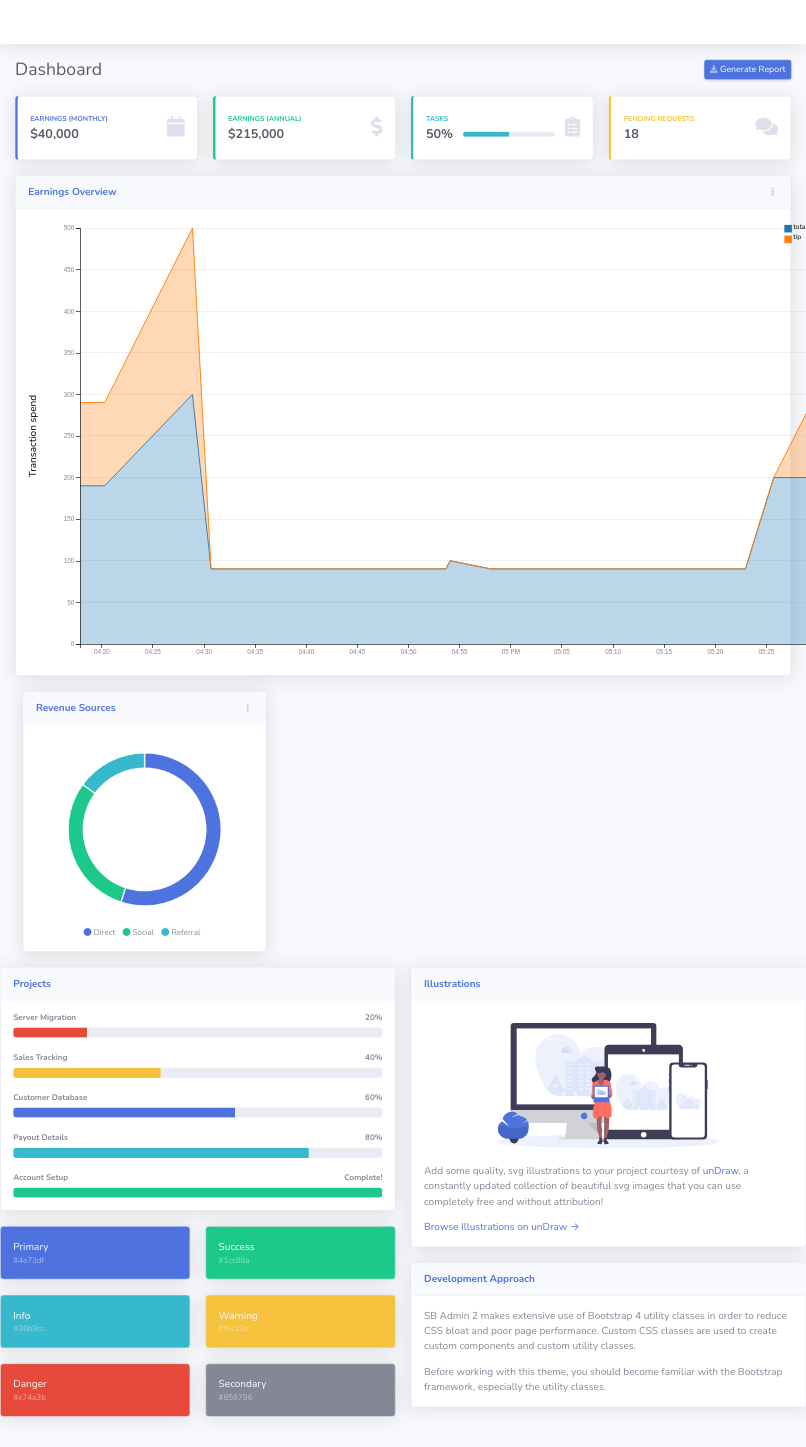
Repository: fLavery/NodeDashboard
Page: index.html
The author's editor kept a record of every edit. The page is drawn from the files as they stood at one moment, then again after the next edit.
The browser window is 1280 px wide. The pictures show the whole page, at 63% of full size.

Above is the page before.
Console error: TypeError: chart.width is not a function

### index.html
<!DOCTYPE html>
<html lang="en">

<head>

  <meta charset="utf-8">
  <meta http-equiv="X-UA-Compatible" content="IE=edge">
  <meta name="viewport" content="width=device-width, initial-scale=1, shrink-to-fit=no">
  <meta name="description" content="">
  <meta name="author" content="">

  <title>Chainlink Node Dashboard</title>

  <!-- Custom fonts for this template-->
  <link href="vendor/fontawesome-free/css/all.min.css" rel="stylesheet" type="text/css">
  <link href="https://fonts.googleapis.com/css?family=Nunito:200,200i,300,300i,400,400i,600,600i,700,700i,800,800i,900,900i" rel="stylesheet">

  <!-- Custom styles for this template-->
  <link href="css/sb-admin-2.min.css" rel="stylesheet">
  <link rel="stylesheet" href="dc.css" type="text/css" />


</head>

<body id="page-top">

  <!-- Page Wrapper -->
  <div id="wrapper">

    <!-- Sidebar -->

      <!-- Sidebar - Brand -->

      <!-- Divider -->

    <!-- End of Sidebar -->

    <!-- Content Wrapper -->
    <div id="content-wrapper" class="d-flex flex-column">

      <!-- Main Content -->
      <div id="content">

        <!-- Topbar -->
        <nav class="navbar navbar-expand navbar-light bg-white topbar mb-4 static-top shadow">

          <!-- Sidebar Toggle (Topbar) -->
          <button id="sidebarToggleTop" class="btn btn-link d-md-none rounded-circle mr-3">
            <i class="fa fa-bars"></i>
          </button>

          <!-- Topbar Search -->

          <!-- Topbar Navbar -->
          <ul class="navbar-nav ml-auto">

            <!-- Nav Item - Search Dropdown (Visible Only XS) -->

            <!-- Nav Item - Alerts -->


            <!-- Nav Item - Messages -->

            <!-- Nav Item - User Information -->


        </nav>
        <!-- End of Topbar -->

        <!-- Begin Page Content -->
        <div class="container-fluid">

          <!-- Page Heading -->
          <div class="d-sm-flex align-items-center justify-content-between mb-4">
            <h1 class="h3 mb-0 text-gray-800">Dashboard</h1>
            <a href="#" class="d-none d-sm-inline-block btn btn-sm btn-primary shadow-sm"><i class="fas fa-download fa-sm text-white-50"></i> Generate Report</a>
          </div>

          <!-- Content Row -->
          <div class="row">

            <!-- Earnings (Monthly) Card Example -->
            <div class="col-xl-3 col-md-6 mb-4">
              <div class="card border-left-primary shadow h-100 py-2">
                <div class="card-body">
                  <div class="row no-gutters align-items-center">
                    <div class="col mr-2">
                      <div class="text-xs font-weight-bold text-primary text-uppercase mb-1">Earnings (Monthly)</div>
                      <div class="h5 mb-0 font-weight-bold text-gray-800">$40,000</div>
                    </div>
                    <div class="col-auto">
                      <i class="fas fa-calendar fa-2x text-gray-300"></i>
                    </div>
                  </div>
                </div>
              </div>
            </div>

            <!-- Earnings (Monthly) Card Example -->
            <div class="col-xl-3 col-md-6 mb-4">
              <div class="card border-left-success shadow h-100 py-2">
                <div class="card-body">
                  <div class="row no-gutters align-items-center">
                    <div class="col mr-2">
                      <div class="text-xs font-weight-bold text-success text-uppercase mb-1">Earnings (Annual)</div>
                      <div class="h5 mb-0 font-weight-bold text-gray-800">$215,000</div>
                    </div>
                    <div class="col-auto">
                      <i class="fas fa-dollar-sign fa-2x text-gray-300"></i>
                    </div>
                  </div>
                </div>
              </div>
            </div>

            <!-- Earnings (Monthly) Card Example -->
            <div class="col-xl-3 col-md-6 mb-4">
              <div class="card border-left-info shadow h-100 py-2">
                <div class="card-body">
                  <div class="row no-gutters align-items-center">
                    <div class="col mr-2">
                      <div class="text-xs font-weight-bold text-info text-uppercase mb-1">Tasks</div>
                      <div class="row no-gutters align-items-center">
                        <div class="col-auto">
                          <div class="h5 mb-0 mr-3 font-weight-bold text-gray-800">50%</div>
                        </div>
                        <div class="col">
                          <div class="progress progress-sm mr-2">
                            <div class="progress-bar bg-info" role="progressbar" style="width: 50%" aria-valuenow="50" aria-valuemin="0" aria-valuemax="100"></div>
                          </div>
                        </div>
                      </div>
                    </div>
                    <div class="col-auto">
                      <i class="fas fa-clipboard-list fa-2x text-gray-300"></i>
                    </div>
                  </div>
                </div>
              </div>
            </div>

            <!-- Pending Requests Card Example -->
            <div class="col-xl-3 col-md-6 mb-4">
              <div class="card border-left-warning shadow h-100 py-2">
                <div class="card-body">
                  <div class="row no-gutters align-items-center">
                    <div class="col mr-2">
                      <div class="text-xs font-weight-bold text-warning text-uppercase mb-1">Pending Requests</div>
                      <div class="h5 mb-0 font-weight-bold text-gray-800">18</div>
                    </div>
                    <div class="col-auto">
                      <i class="fas fa-comments fa-2x text-gray-300"></i>
                    </div>
                  </div>
                </div>
              </div>
            </div>
          </div>

          <!-- Content Row -->

          <div class="row">

            <!-- Area Chart -->
            <div class="col-xl-12 col-lg-7">
              <div class="card shadow mb-4">
                <!-- Card Header - Dropdown -->
                <div class="card-header py-3 d-flex flex-row align-items-center justify-content-between">
                  <h6 class="m-0 font-weight-bold text-primary">Earnings Overview</h6>
                  <div class="dropdown no-arrow">
                    <a class="dropdown-toggle" href="#" role="button" id="dropdownMenuLink" data-toggle="dropdown" aria-haspopup="true" aria-expanded="false">
                      <i class="fas fa-ellipsis-v fa-sm fa-fw text-gray-400"></i>
                    </a>
                    <div class="dropdown-menu dropdown-menu-right shadow animated--fade-in" aria-labelledby="dropdownMenuLink">
                      <div class="dropdown-header">Dropdown Header:</div>
                      <a class="dropdown-item" href="#">Action</a>
                      <a class="dropdown-item" href="#">Another action</a>
                      <div class="dropdown-divider"></div>
                      <a class="dropdown-item" href="#">Something else here</a>
                    </div>
                  </div>
                </div>
                <!-- Card Body -->
                <div class="card-body">
                  <div id="chart"></div>
  <script type="text/javascript" src="d3.js"></script>
  <script type="text/javascript" src="crossfilter.js"></script>
  <script type="text/javascript" src="dc.js"></script>
  <script type="text/javascript" src="dc-resizing.js"></script>

  <script type="text/javascript">

  function print_filter(filter) {
    var f=eval(filter);
    if (typeof(f.length) != "undefined") {}else{}
    if (typeof(f.top) != "undefined") {f=f.top(Infinity);}else{}
    if (typeof(f.dimension) != "undefined") {f=f.dimension(function(d) { return "";}).top(Infinity);}else{}
    console.log(filter+"("+f.length+") = "+JSON.stringify(f).replace("[","[\n\t").replace(/}\,/g,"},\n\t").replace("]","\n]"));
  }

  var data = [
  {date: "2011-11-14T16:17:54Z", quantity: 2, total: 190, tip: 100, type: "tab"},
  {date: "2011-11-14T16:20:19Z", quantity: 2, total: 190, tip: 100, type: "tab"},
  {date: "2011-11-14T16:28:54Z", quantity: 1, total: 300, tip: 200, type: "visa"},
  {date: "2011-11-14T16:30:43Z", quantity: 2, total: 90, tip: 0, type: "tab"},
  {date: "2011-11-14T16:48:46Z", quantity: 2, total: 90, tip: 0, type: "tab"},
  {date: "2011-11-14T16:53:41Z", quantity: 2, total: 90, tip: 0, type: "tab"},
  {date: "2011-11-14T16:54:06Z", quantity: 1, total: 100, tip: 0, type: "cash"},
  {date: "2011-11-14T16:58:03Z", quantity: 2, total: 90, tip: 0, type: "tab"},
  {date: "2011-11-14T17:07:21Z", quantity: 2, total: 90, tip: 0, type: "tab"},
  {date: "2011-11-14T17:22:59Z", quantity: 2, total: 90, tip: 0, type: "tab"},
  {date: "2011-11-14T17:25:45Z", quantity: 2, total: 200, tip: 0, type: "cash"},
  {date: "2011-11-14T17:29:52Z", quantity: 1, total: 200, tip: 100, type: "visa"}
];

data.forEach(function(d){
  var tempDate = new Date(d.date);
  d.date = tempDate;
})

var facts = crossfilter(data);
var typeDimension = facts.dimension(function(d){ return d.type; });
var typeGroup = typeDimension.group().reduceSum(function(d){ return d.total; });

var totalDimension = facts.dimension(function(d){ return d.total; });
var totalGroup = totalDimension.group(function(d){ return Math.floor(d/100)*100; });

var dateDimension = facts.dimension(function(d){ return d.date; });
var dateGroup = dateDimension.group().reduceSum(function(d){ return d.total; });
var dateGroupTip = dateDimension.group().reduceSum(function(d){ return d.tip; });

var minDate = dateDimension.bottom(1)[0].date;
var maxDate = dateDimension.top(1)[0].date;

var lineChart = dc.lineChart("#chart")
    .width(window.innerWidth-20)
    .height(window.innerHeight-20)
    .elasticX(true)
    .margins({top:10,bottom:30,right:10,left:70})
    .dimension(dateDimension)
    .group(dateGroup,"total spend")
    .stack(dateGroupTip,"tip")
    .yAxisLabel("Transaction spend")
    .renderHorizontalGridLines(true)
    .renderArea(true)
    .legend(dc.legend().x(1200).y(5).itemHeight(12).gap(5))
    .x(d3.scaleTime().domain([minDate,maxDate]))
    // .centerBar(true)
    //.xUnits(dc.units.fp.precision(100));
    // .barPadding(0.2)
    // .outerPadding(0)
    .render();
    lineChart.yAxis().ticks(5);
    lineChart.xAxis().ticks(4);


    apply_resizing(chart, 20);


dc.renderAll();

  // console.log(data);
   console.log(dateDimension.top(1)[0].date);
  //print_filter('dateDimension.bottom(3)');



  </script>

                  </div>
                </div>
              </div>
            </div>

            <!-- Pie Chart -->
            <div class="col-xl-4 col-lg-5">
              <div class="card shadow mb-4">
                <!-- Card Header - Dropdown -->
                <div class="card-header py-3 d-flex flex-row align-items-center justify-content-between">
                  <h6 class="m-0 font-weight-bold text-primary">Revenue Sources</h6>
                  <div class="dropdown no-arrow">
                    <a class="dropdown-toggle" href="#" role="button" id="dropdownMenuLink" data-toggle="dropdown" aria-haspopup="true" aria-expanded="false">
                      <i class="fas fa-ellipsis-v fa-sm fa-fw text-gray-400"></i>
                    </a>
                    <div class="dropdown-menu dropdown-menu-right shadow animated--fade-in" aria-labelledby="dropdownMenuLink">
                      <div class="dropdown-header">Dropdown Header:</div>
                      <a class="dropdown-item" href="#">Action</a>
                      <a class="dropdown-item" href="#">Another action</a>
                      <div class="dropdown-divider"></div>
                      <a class="dropdown-item" href="#">Something else here</a>
                    </div>
                  </div>
                </div>
                <!-- Card Body -->
                <div class="card-body">
                  <div class="chart-pie pt-4 pb-2">
                    <canvas id="myPieChart"></canvas>
                  </div>
                  <div class="mt-4 text-center small">
                    <span class="mr-2">
                      <i class="fas fa-circle text-primary"></i> Direct
                    </span>
                    <span class="mr-2">
                      <i class="fas fa-circle text-success"></i> Social
                    </span>
                    <span class="mr-2">
                      <i class="fas fa-circle text-info"></i> Referral
                    </span>
                  </div>
                </div>
              </div>
            </div>
          </div>

          <!-- Content Row -->
          <div class="row">

            <!-- Content Column -->
            <div class="col-lg-6 mb-4">

              <!-- Project Card Example -->
              <div class="card shadow mb-4">
                <div class="card-header py-3">
                  <h6 class="m-0 font-weight-bold text-primary">Projects</h6>
                </div>
                <div class="card-body">
                  <h4 class="small font-weight-bold">Server Migration <span class="float-right">20%</span></h4>
                  <div class="progress mb-4">
                    <div class="progress-bar bg-danger" role="progressbar" style="width: 20%" aria-valuenow="20" aria-valuemin="0" aria-valuemax="100"></div>
                  </div>
                  <h4 class="small font-weight-bold">Sales Tracking <span class="float-right">40%</span></h4>
                  <div class="progress mb-4">
                    <div class="progress-bar bg-warning" role="progressbar" style="width: 40%" aria-valuenow="40" aria-valuemin="0" aria-valuemax="100"></div>
                  </div>
                  <h4 class="small font-weight-bold">Customer Database <span class="float-right">60%</span></h4>
                  <div class="progress mb-4">
                    <div class="progress-bar" role="progressbar" style="width: 60%" aria-valuenow="60" aria-valuemin="0" aria-valuemax="100"></div>
                  </div>
                  <h4 class="small font-weight-bold">Payout Details <span class="float-right">80%</span></h4>
                  <div class="progress mb-4">
                    <div class="progress-bar bg-info" role="progressbar" style="width: 80%" aria-valuenow="80" aria-valuemin="0" aria-valuemax="100"></div>
                  </div>
                  <h4 class="small font-weight-bold">Account Setup <span class="float-right">Complete!</span></h4>
                  <div class="progress">
                    <div class="progress-bar bg-success" role="progressbar" style="width: 100%" aria-valuenow="100" aria-valuemin="0" aria-valuemax="100"></div>
                  </div>
                </div>
              </div>

              <!-- Color System -->
              <div class="row">
                <div class="col-lg-6 mb-4">
                  <div class="card bg-primary text-white shadow">
                    <div class="card-body">
                      Primary
                      <div class="text-white-50 small">#4e73df</div>
                    </div>
                  </div>
                </div>
                <div class="col-lg-6 mb-4">
                  <div class="card bg-success text-white shadow">
                    <div class="card-body">
                      Success
                      <div class="text-white-50 small">#1cc88a</div>
                    </div>
                  </div>
                </div>
                <div class="col-lg-6 mb-4">
                  <div class="card bg-info text-white shadow">
                    <div class="card-body">
                      Info
                      <div class="text-white-50 small">#36b9cc</div>
                    </div>
                  </div>
                </div>
                <div class="col-lg-6 mb-4">
                  <div class="card bg-warning text-white shadow">
                    <div class="card-body">
                      Warning
                      <div class="text-white-50 small">#f6c23e</div>
                    </div>
                  </div>
                </div>
                <div class="col-lg-6 mb-4">
                  <div class="card bg-danger text-white shadow">
                    <div class="card-body">
                      Danger
                      <div class="text-white-50 small">#e74a3b</div>
                    </div>
                  </div>
                </div>
                <div class="col-lg-6 mb-4">
                  <div class="card bg-secondary text-white shadow">
                    <div class="card-body">
                      Secondary
                      <div class="text-white-50 small">#858796</div>
                    </div>
                  </div>
                </div>
              </div>

            </div>

            <div class="col-lg-6 mb-4">

              <!-- Illustrations -->
              <div class="card shadow mb-4">
                <div class="card-header py-3">
                  <h6 class="m-0 font-weight-bold text-primary">Illustrations</h6>
                </div>
                <div class="card-body">
                  <div class="text-center">
                    <img class="img-fluid px-3 px-sm-4 mt-3 mb-4" style="width: 25rem;" src="img/undraw_posting_photo.svg" alt="">
                  </div>
                  <p>Add some quality, svg illustrations to your project courtesy of <a target="_blank" rel="nofollow" href="https://undraw.co/">unDraw</a>, a constantly updated collection of beautiful svg images that you can use completely free and without
                    attribution!
                  </p>
                  <a target="_blank" rel="nofollow" href="https://undraw.co/">Browse Illustrations on unDraw &rarr;</a>
                </div>
              </div>

              <!-- Approach -->
              <div class="card shadow mb-4">
                <div class="card-header py-3">
                  <h6 class="m-0 font-weight-bold text-primary">Development Approach</h6>
                </div>
                <div class="card-body">
                  <p>SB Admin 2 makes extensive use of Bootstrap 4 utility classes in order to reduce CSS bloat and poor page performance. Custom CSS classes are used to create custom components and custom utility classes.</p>
                  <p class="mb-0">Before working with this theme, you should become familiar with the Bootstrap framework, especially the utility classes.</p>
                </div>
              </div>

            </div>
          </div>

        </div>
        <!-- /.container-fluid -->

      </div>
      <!-- End of Main Content -->

      <!-- Footer -->

      <!-- End of Footer -->

    </div>
    <!-- End of Content Wrapper -->

  </div>
  <!-- End of Page Wrapper -->

  <!-- Scroll to Top Button-->
  <a class="scroll-to-top rounded" href="#page-top">
    <i class="fas fa-angle-up"></i>
  </a>

  <!-- Logout Modal-->
  <div class="modal fade" id="logoutModal" tabindex="-1" role="dialog" aria-labelledby="exampleModalLabel" aria-hidden="true">
    <div class="modal-dialog" role="document">
      <div class="modal-content">
        <div class="modal-header">
          <h5 class="modal-title" id="exampleModalLabel">Ready to Leave?</h5>
          <button class="close" type="button" data-dismiss="modal" aria-label="Close">
            <span aria-hidden="true">×</span>
          </button>
        </div>
        <div class="modal-body">Select "Logout" below if you are ready to end your current session.</div>
        <div class="modal-footer">
          <button class="btn btn-secondary" type="button" data-dismiss="modal">Cancel</button>
          <a class="btn btn-primary" href="login.html">Logout</a>
        </div>
      </div>
    </div>
  </div>

  <!-- Bootstrap core JavaScript-->
  <script src="vendor/jquery/jquery.min.js"></script>
  <script src="vendor/bootstrap/js/bootstrap.bundle.min.js"></script>

  <!-- Core plugin JavaScript-->
  <script src="vendor/jquery-easing/jquery.easing.min.js"></script>

  <!-- Custom scripts for all pages-->
  <script src="js/sb-admin-2.min.js"></script>

  <!-- Page level plugins -->
  <script src="vendor/chart.js/Chart.min.js"></script>

  <!-- Page level custom scripts -->
  <script src="js/demo/chart-area-demo.js"></script>
  <script src="js/demo/chart-pie-demo.js"></script>

</body>

</html>

Loaded but not shown: vendor/fontawesome-free/css/all.min.css (library); css/sb-admin-2.min.css (library); d3.js (library); dc.js (library); vendor/jquery/jquery.min.js (library); vendor/bootstrap/js/bootstrap.bundle.min.js (library); vendor/jquery-easing/jquery.easing.min.js (common file); js/sb-admin-2.min.js (common file); vendor/chart.js/Chart.min.js (library); js/demo/chart-area-demo.js (common file); js/demo/chart-pie-demo.js (common file); crossfilter.js (3167 lines, source omitted); dc-resizing.js (44 lines, source omitted); dc.css (249 lines, source omitted)

After the next edit:
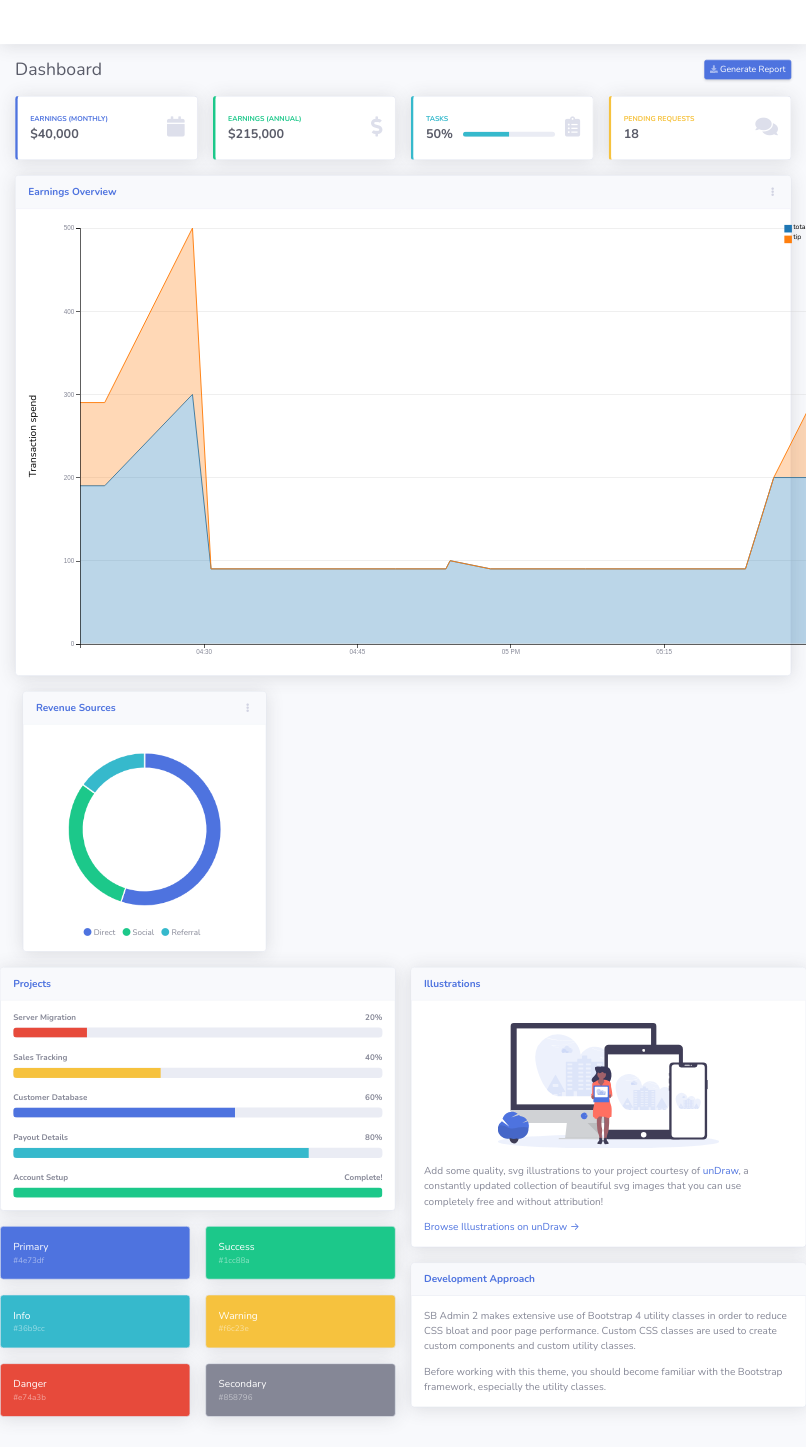
Console error: TypeError: Cannot read properties of null (reading 'length')
The edit:
--- a/index.html
+++ b/index.html
@@ -254,7 +254,7 @@
     lineChart.xAxis().ticks(4);
 
 
-    apply_resizing(chart, 20);
+    apply_resizing(lineChart, 20);
 
 
 dc.renderAll();
